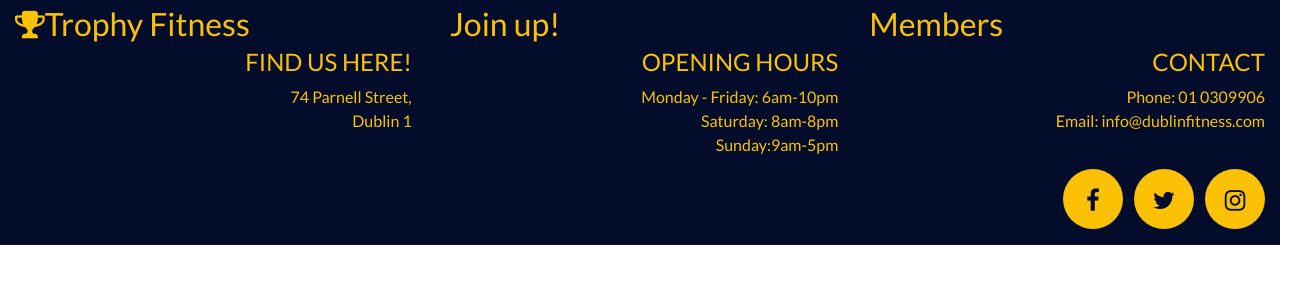
Repository: Code-Institute-Submissions/conbonbom-Milestone-project-1
Page: index.html
The author's editor kept a record of every edit. The page is drawn from the files as they stood at one moment, then again after the next edit.
The browser window is 1280 px wide. The page is 1295 px wide, so the pictures cover 1295 px, including what lies to the right of the window. The pictures show the whole page.

Above is the page before.

After the next edit:
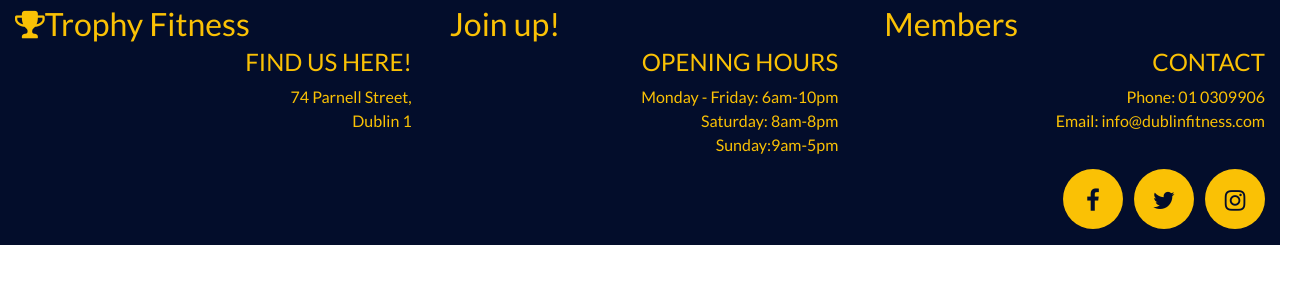
The edit:
--- a/index.html
+++ b/index.html
@@ -26,7 +26,7 @@
                          Join up!
                      </a>
                     </li>
-                    <li class="list-inline-item nav-item">
+                    <li class="col-6 col-sm-3 list-inline-item nav-item">
                         <a target="_blank" href="#">
                        Members
                      </a>
